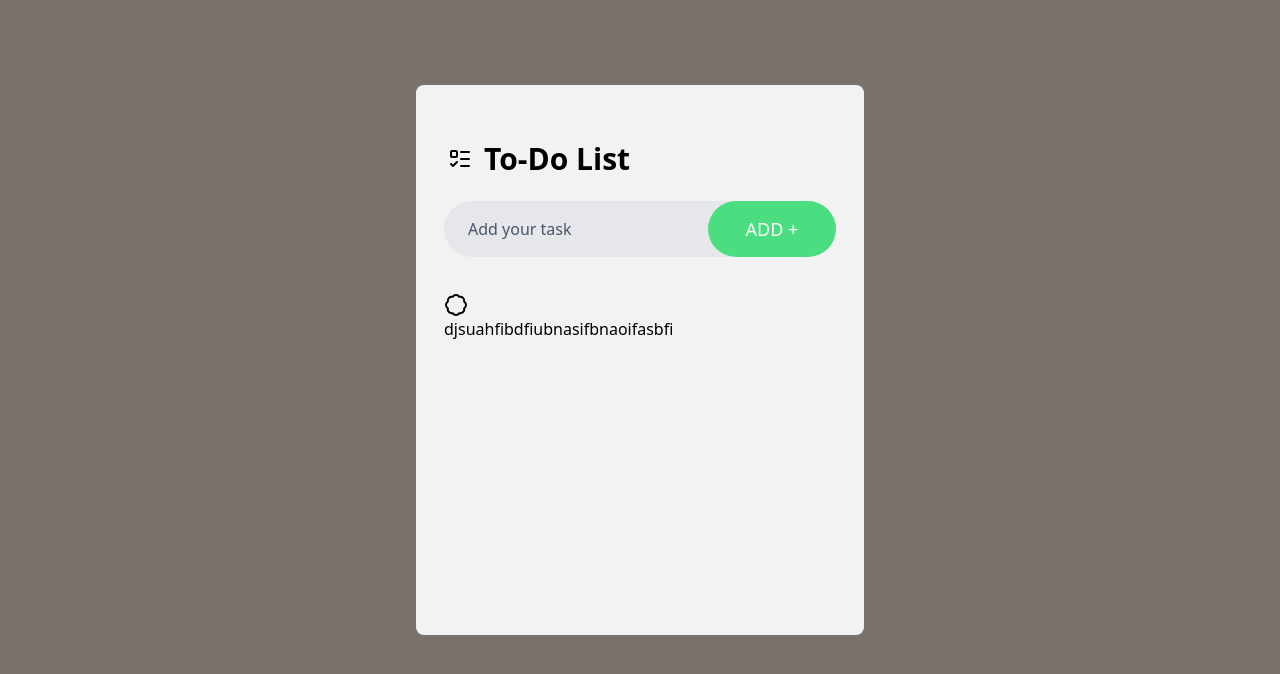
Repository: guilhermecardoso93/todolist-2025-tailwind
Page: /
These files come from the project's save history. The page is drawn as it stood at one moment and after the next save; the edit follows.
The browser window is 1280 px wide. The pictures show the whole page.
The project was rebuilt for these pictures with package versions that can differ from the ones it lists, and the page was loaded fresh each time. Also part of the build but not shown: vite.config.js.

Above is the page before, as saved 2024-11-07 20:11:37.

### index.html
<!doctype html>
<html lang="en">
  <head>
    <meta charset="UTF-8" />
    <meta name="viewport" content="width=device-width, initial-scale=1.0" />
    <title>ToDo List</title>
  </head>
  <body>
    <div id="root"></div>
    <script type="module" src="/src/main.jsx"></script>
  </body>
</html>

### src/App.jsx
import "./App.css";
import { ToDo } from "./components/ToDo";

export function App() {
  return (
    <div className="bg-stone-500 grid py-4 min-h-screen">
      <ToDo />
    </div>
  );
}

### src/components/ToDo.jsx
import { ListTodo } from "lucide-react";
import { Item } from "./Item";

export function ToDo() {
  return (
    <div className="bg-[#f2f2f2] place-self-center w-11/12 max-w-md flex flex-col p-7 min-h-[550px] rounded-lg gap-4">
      <div className="flex items-center mt-7 gap-2 flex flex-row">
        <ListTodo className="w-8" />
        <h1 className="text-3xl font-semibold">To-Do List</h1>
      </div>

      <div className="flex items-center my-2 bg-gray-200 rounded-full">
        <input
          type="text"
          placeholder="Add your task"
          className="bg-transparent border-0 outline-none flex-1 h-14 pl-6 pr-2 placeholder:text-slate-600"
        />
        <button className="border-none rounded-full bg-green-400 w-32 h-14 text-white text-lg font-medium cursor-pointer">
          ADD +
        </button>
      </div>
      <div className="">
        <Item />
      </div>
    </div>
  );
}

### src/components/Item.jsx
import { Badge, BadgeCheck, Trash2 } from "lucide-react";

export function Item() {
  return (
    <div className="flex items-center my-3 gap-2">
      <div className="">
        <Badge />
        <p>djsuahfibdfiubnasifbnaoifasbfi</p>
      </div>
    </div>
  );
}

Loaded but not shown: src/main.jsx (common file); src/index.css (common file); tailwind.config.js (common file); src/App.css (no stored copy; drawn as an empty file)

After the next save:
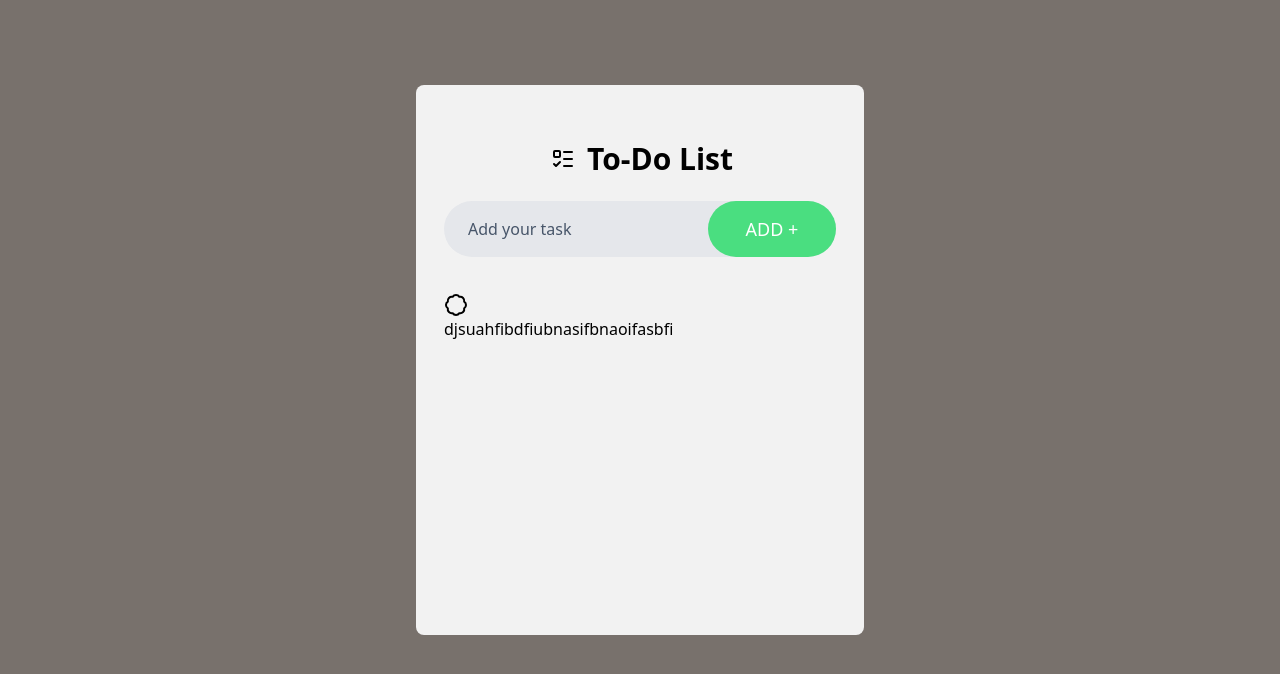
Saved 22 s later.
--- a/src/components/ToDo.jsx
+++ b/src/components/ToDo.jsx
@@ -4,7 +4,7 @@ import { Item } from "./Item";
 export function ToDo() {
   return (
     <div className="bg-[#f2f2f2] place-self-center w-11/12 max-w-md flex flex-col p-7 min-h-[550px] rounded-lg gap-4">
-      <div className="flex items-center mt-7 gap-2 flex flex-row">
+      <div className="flex items-center mt-7 gap-2 flex flex-row justify-center">
         <ListTodo className="w-8" />
         <h1 className="text-3xl font-semibold">To-Do List</h1>
       </div>
